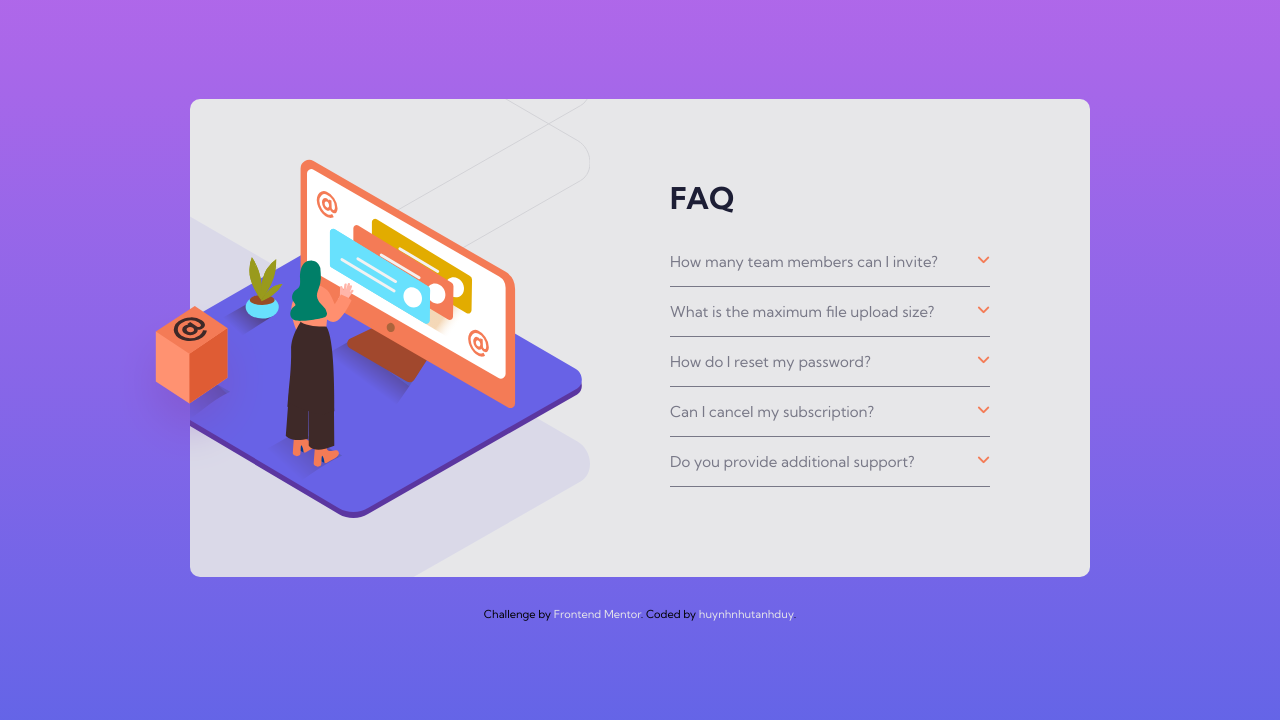
Repository: huynhnhutanhduy/faq-accordion-card
Page: index.html
An editor plug-in stored every save of this project. The page is shown before and after the next save, followed by the edit.
The browser window is 1280 px wide. The pictures show the whole page.

Above is the page before, as saved 2022-10-21 22:08:03.

### index.html
<!DOCTYPE html>
<html lang="en">
  <head>
    <meta charset="UTF-8" />
    <meta name="viewport" content="width=device-width, initial-scale=1.0" />
    <!-- displays site properly based on user's device -->
    <link rel="icon" type="image/png" sizes="32x32" href="./images/favicon-32x32.png" />
    <title>Frontend Mentor | FAQ Accordion Card</title>
    <link rel="preconnect" href="https://fonts.googleapis.com" />
    <link rel="preconnect" href="https://fonts.gstatic.com" crossorigin />
    <link
      href="https://fonts.googleapis.com/css2?family=Kumbh+Sans:wght@400;700&display=swap"
      rel="stylesheet"
    />
    <link
      rel="stylesheet"
      href="https://cdnjs.cloudflare.com/ajax/libs/font-awesome/6.2.0/css/all.min.css"
      integrity="sha512-xh6O/CkQoPOWDdYTDqeRdPCVd1SpvCA9XXcUnZS2FmJNp1coAFzvtCN9BmamE+4aHK8yyUHUSCcJHgXloTyT2A=="
      crossorigin="anonymous"
      referrerpolicy="no-referrer"
    />
    <link rel="stylesheet" href="./app.css" />
  </head>
  <body>
    <main>
      <article class="card">
        <div class="card-left">
          <img src="./images/illustration-box-desktop.svg" alt="" class="card-image" />
        </div>
        <div class="card-right">
          <h1 class="card-title">faq</h1>
          <div class="card-list">
            <div class="card-item">
              <div class="card-item__header">
                <span class="card-item__header-title"
                  >How many team members can I invite?
                </span>
                <i class="fa-solid fa-angle-down card-item__header-icon"></i>
              </div>
              <div class="card-item__content">
                <div class="card-item__content-inner">
                  You can invite up to 2 additional users on the Free plan. There is no limit
                  on team members for the Premium plan.
                </div>
              </div>
            </div>
            <div class="card-item">
              <div class="card-item__header">
                <span class="card-item__header-title"
                  >What is the maximum file upload size?
                </span>
                <i class="fa-solid fa-angle-down card-item__header-icon"></i>
              </div>
              <div class="card-item__content">
                <div class="card-item__content-inner">
                  No more than 2GB. All files in your account must fit your allotted storage
                  space.
                </div>
              </div>
            </div>
            <div class="card-item">
              <div class="card-item__header">
                <span class="card-item__header-title">How do I reset my password? </span>
                <i class="fa-solid fa-angle-down card-item__header-icon"></i>
              </div>
              <div class="card-item__content">
                <div class="card-item__content-inner">
                  Click “Forgot password” from the login page or “Change password” from your
                  profile page. A reset link will be emailed to you.
                </div>
              </div>
            </div>
            <div class="card-item">
              <div class="card-item__header">
                <span class="card-item__header-title">Can I cancel my subscription? </span>
                <i class="fa-solid fa-angle-down card-item__header-icon"></i>
              </div>
              <div class="card-item__content">
                <div class="card-item__content-inner">
                  Yes! Send us a message and we’ll process your request no questions asked.
                </div>
              </div>
            </div>
            <div class="card-item">
              <div class="card-item__header">
                <span class="card-item__header-title"
                  >Do you provide additional support?
                </span>
                <i class="fa-solid fa-angle-down card-item__header-icon"></i>
              </div>
              <div class="card-item__content">
                <div class="card-item__content-inner">
                  Chat and email support is available 24/7. Phone lines are open during normal
                  business hours.
                </div>
              </div>
            </div>
          </div>
        </div>
      </article>
    </main>
    <footer class="attribution">
      Challenge by
      <a href="https://www.frontendmentor.io?ref=challenge" target="_blank">Frontend Mentor</a
      >. Coded by <a href="https://github.com/huynhnhutanhduy">huynhnhutanhduy</a>.
    </footer>

    <script src="./app.js"></script>
  </body>
</html>

### app.css
:root {
  --very-dark-desaturated-blue: hsl(238, 29%, 16%);
  --soft-red: hsl(14, 88%, 65%);
  --soft-violet: hsl(273, 75%, 66%);
  --soft-blue: hsl(240, 73%, 65%);
  --very-dark-grayish-blue: hsl(237, 12%, 33%);
  --dark-grayish-blue: hsl(240, 6%, 50%);
  --light-grayish-blue: hsl(240, 5%, 91%);
}
* {
  margin: 0;
  padding: 0;
  border: 0;
}
*,
*::before,
*::after,
html {
  box-sizing: border-box;
}
html {
  font-size: 62.5%;
}
body {
  font-size: 1.2rem;
  font-weight: normal;
  font-family: "Kumbh Sans", sans-serif;
  background-image: linear-gradient(var(--soft-violet), var(--soft-blue));
  height: 100vh;
  width: 100vw;
  display: grid;
  align-content: center;
  justify-content: center;
}
a {
  text-decoration: none;
}
img {
  display: block;
  max-width: 100%;
}

.attribution {
  font-size: 11px;
  text-align: center;
}
.attribution a {
  color: var(--light-grayish-blue);
}

.card {
  border-radius: 1rem;
  margin-bottom: 3rem;
  /* width: 90rem; */
  width: 100%;
  display: grid;
  grid-template-columns: 400px 1fr;
  grid-gap: 8rem;
  background-color: var(--light-grayish-blue);
}
.card-left {
  position: relative;
}
.card-left::before {
  content: "";
  display: block;
  position: absolute;
  height: 100%;
  width: 100%;
  background: url("./images/bg-pattern-desktop.svg") no-repeat;
  background-position: -565px -310px;
}
.card-image {
  position: absolute;
  width: 153px;
  height: 170px;
  top: 205px;
  left: -75px;
  z-index: 999;
}
.card-left::after {
  content: "";
  display: block;
  width: 100%;
  height: 100%;
  position: absolute;
  background: url("./images/illustration-woman-online-desktop.svg") no-repeat;
  background-position: -80px 60px;
}
.card-right {
  padding: 8rem 10rem 9rem 0;
}
.card-title {
  text-transform: uppercase;
  margin-bottom: 2rem;
  font-size: 3rem;
  color: var(--very-dark-desaturated-blue);
}
.card-item {
  padding-top: 1.5rem;
  border-bottom: 1px solid var(--dark-grayish-blue);
}
.card-item__header {
  display: flex;
  justify-content: space-between;
  font-size: 1.5rem;
  padding-bottom: 1.5rem;
  cursor: pointer;
  transition: all 0.25s linear;
}
.card-item__header > * {
  pointer-events: none;
}
.card-item__header,
.card-item__content {
  color: var(--dark-grayish-blue);
}
.card-item__header-icon {
  color: var(--soft-red);
}
.card-item__content {
  height: 0;
  overflow: hidden;
  transition: all 0.25s linear;
}
.card-item__content.is-active {
  height: auto;
}
.card-item__content-inner {
  margin-bottom: 1.5rem;
}
@media screen and (min-width: 1024px) {
  .card {
    width: 90rem;
  }
}
@media screen and (max-width: 375px) {
  .card {
    width: 30rem;
  }
  .card-left::before {
    content: "";
    background: url("./images/bg-pattern-mobile.svg") no-repeat;
    background-position: -565px -310px;
  }
  .card-left::after {
    content: "";
    background: url("./images/illustration-woman-online-mobile.svg") no-repeat;
    background-position: -80px 60px;
  }
}

### app.js
const header = document.querySelectorAll(".card-item__header");
const icon = document.querySelector(".card-item__header-icon");
[...header].forEach((item) => item.addEventListener("click", handleClick));
function handleClick(e) {
  const content = e.target.nextElementSibling;
  content.style.height = `${content.scrollHeight}px`;
  e.target.style.color = "hsl(238, 29%, 16%)";
  e.target.style.fontWeight = "bold";
  content.classList.toggle("is-active");
  if (!content.classList.contains("is-active")) {
    content.style.height = "0px";
    e.target.style.color = "hsl(240, 6%, 50%)";
    e.target.style.fontWeight = "normal";
  }

  icon.classList.toggle("fa-angle-down");
  icon.classList.toggle("fa-angle-up");
}

After the next save:
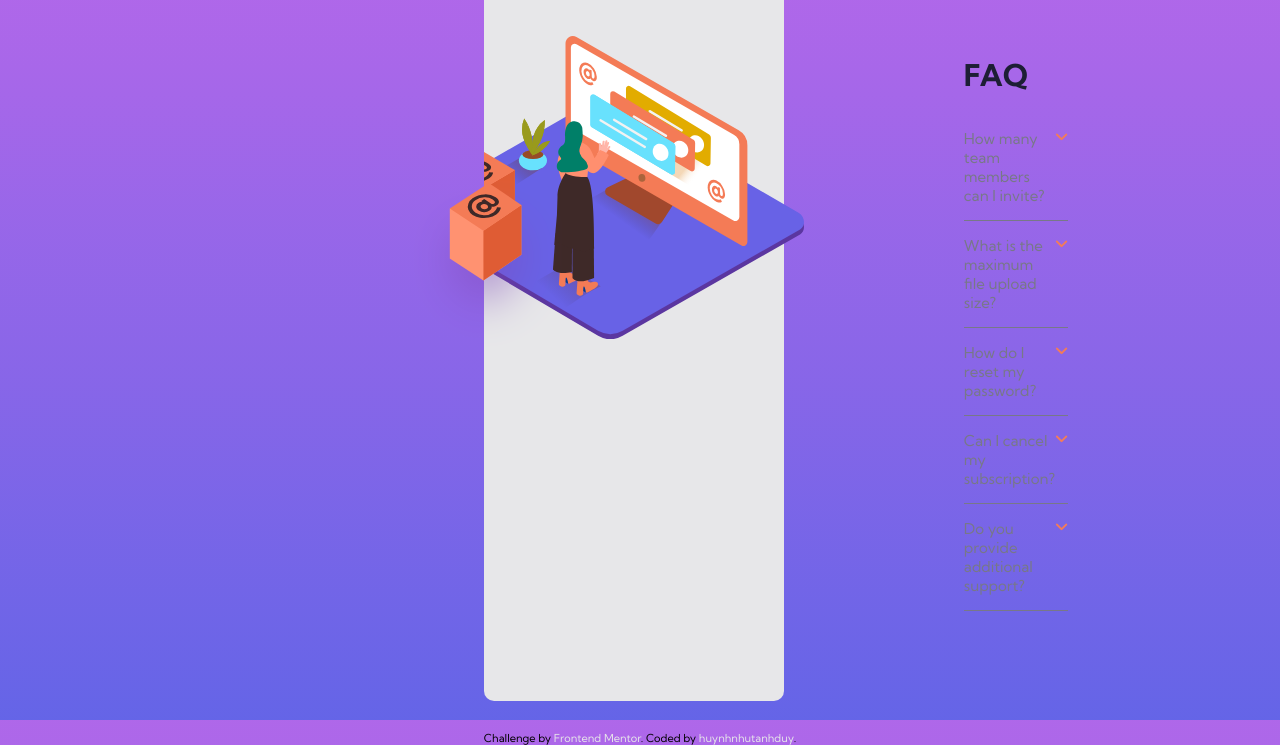
Saved 38 s later.
--- a/app.css
+++ b/app.css
@@ -134,7 +134,9 @@
     width: 90rem;
   }
 }
-@media screen and (max-width: 375px) {
+@media screen and (min-width: 768px) {
+}
+@media screen and (min-width: 768px) {
   .card {
     width: 30rem;
   }

After the save that followed:
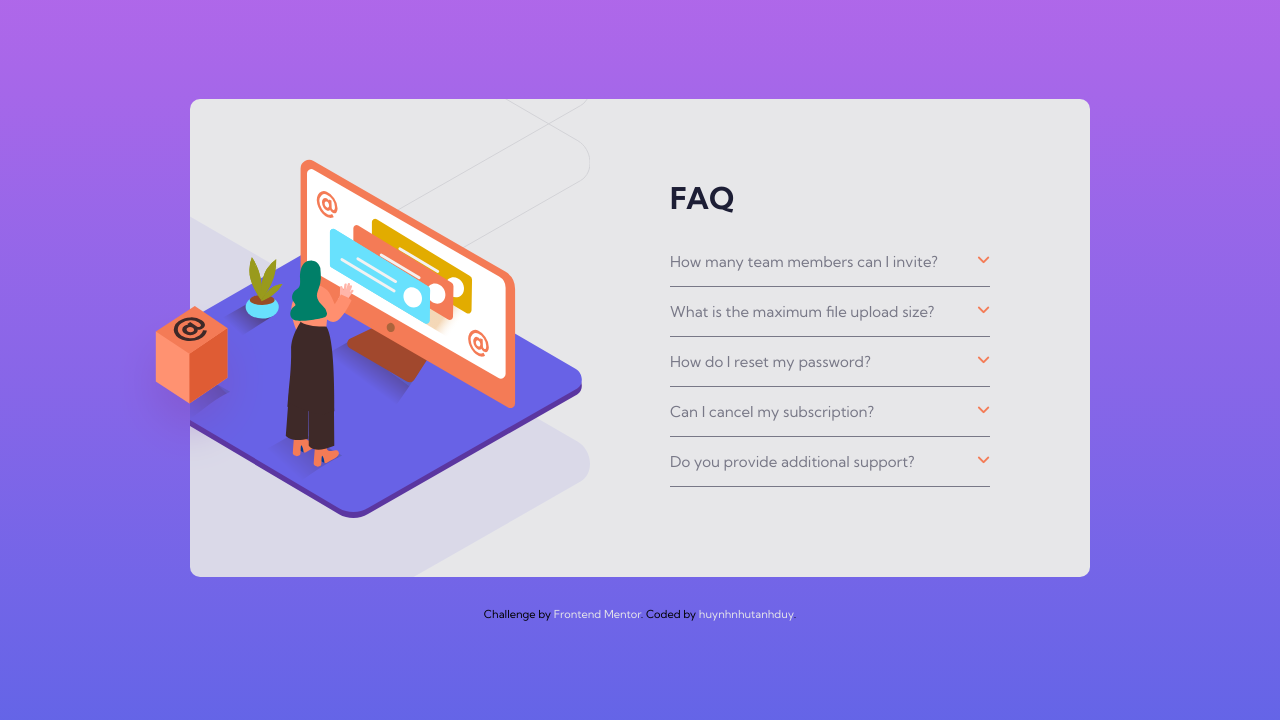
Saved 11 s later.
--- a/app.css
+++ b/app.css
@@ -136,7 +136,7 @@
 }
 @media screen and (min-width: 768px) {
 }
-@media screen and (min-width: 768px) {
+@media screen and (max-width: 767px) {
   .card {
     width: 30rem;
   }
